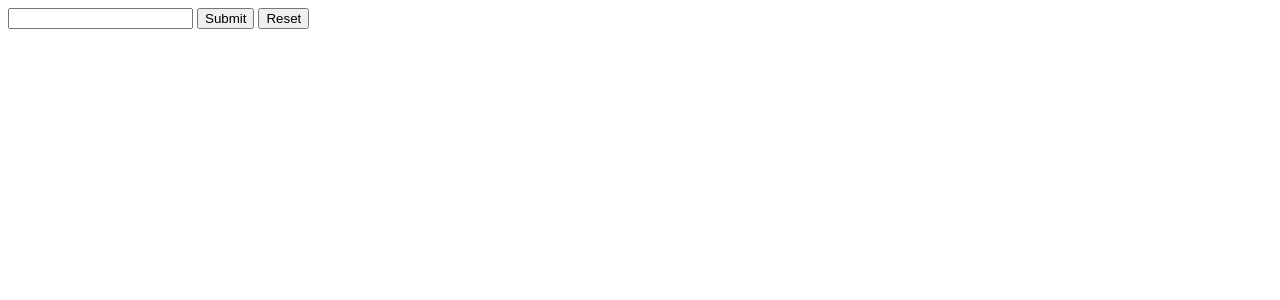
Repository: kdh2212/KDT_code
Page: http://localhost/20250806Web/insForm.jsp
The author's editor kept a copy of each file at every save. The page is drawn from the files as they stood at one save, then again after the next save.
The browser window is 1280 px wide. The pictures show the whole page.
The page is served by Tomcat 9.

Above is the page before, as saved 2025-08-06 07:24:22.

After the next save:
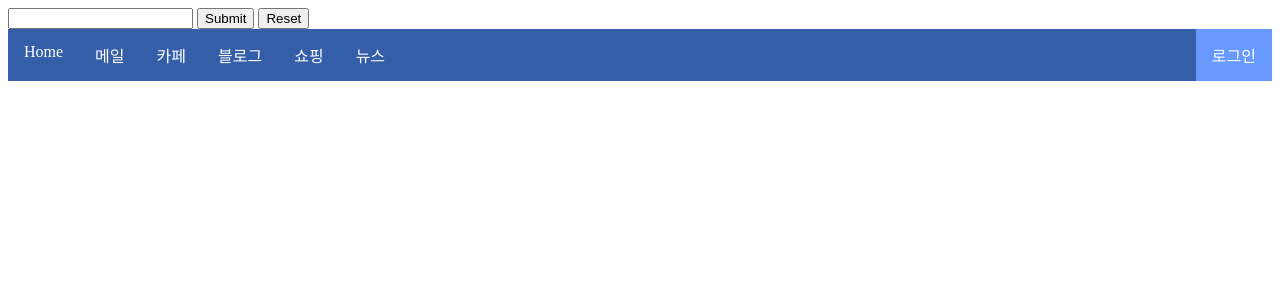
Saved 112 s later.
--- a/20250806Web/src/main/webapp/insForm.jsp
+++ b/20250806Web/src/main/webapp/insForm.jsp
@@ -1,16 +1,93 @@
 <%@ page language="java" contentType="text/html; charset=UTF-8"
     pageEncoding="UTF-8"%>
+
+
 <!DOCTYPE html>
 <html>
 <head>
 <meta charset="UTF-8">
 <title>Insert title here</title>
+<style>
+	ul {
+	    list-style-type: none;
+	    margin: 0;
+	    padding: 0;
+	    overflow: hidden;
+	    background-color: rgb(53,94,169);
+	    /* background-color:  #999 ; */
+	}
+	li {
+	    float: left;
+	}
+	li a, .dropbtn {
+	    display: inline-block;
+	    color: white;
+	    text-align: center;
+	    padding: 14px 16px;
+	    text-decoration: none;
+	}
+	li a:hover, .dropdown:hover .dropbtn {
+	    /* background-color: red; */
+	    background-color: #6799FF;
+	}
+	li.dropdown {
+	    display: inline-block;
+	}
+	li a.active, a.active:hover{
+	    /* background-color: #4CAF50; */
+	    background-color: #6799FF;
+	}
+	.dropdown-content {
+	    display: none;
+	    position: absolute;
+	    background-color: #f9f9f9;
+	    min-width: 160px;
+	    box-shadow: 0px 8px 16px 0px rgba(0,0,0,0.2);
+	    z-index: 1;
+	}
+	.dropdown-content a {
+	    color: black;
+	    padding: 12px 16px;
+	    text-decoration: none;
+	    display: block;
+	    text-align: left;
+	}
+	.dropdown-content a:hover {background-color: #f1f1f1}
+	.dropdown:hover .dropdown-content {
+	    display: block;
+	}
+</style>
+
 </head>
 <body>
 <form action="insResult.jsp">
 <input type="text" name="content" />
 <input type="submit"/>
 <input type="reset"/>
+<ul>
+		  <li><a href="#home">Home</a></li>
+		  <li><a href="#mail">메일</a></li>
+		  <li><a href="#cafe">카페</a></li>
+		  <li><a href="#blog">블로그</a></li>
+		  <li class="dropdown">
+			    <a href="#shopping" class="dropbtn">쇼핑</a>
+			    <div class="dropdown-content">
+				      <a href="#">가전제품</a>
+				      <a href="#">의류/악세사리</a>
+				      <a href="#">가방/신발</a>
+			    </div>
+		  </li>
+		  <li class="dropdown">
+			    <a href="#new" class="dropbtn">뉴스</a>
+			    <div class="dropdown-content">
+			      <a href="#">정치</a>
+				      <a href="#">경제</a>
+				      <a href="#">생활/문화</a>
+			    </div>
+		  </li>
+		  <li style="float:right"><a class="active" href="#login">로그인</a></li>
+	</ul>
+
 </form>
 </body>
 </html>

After the save that followed:
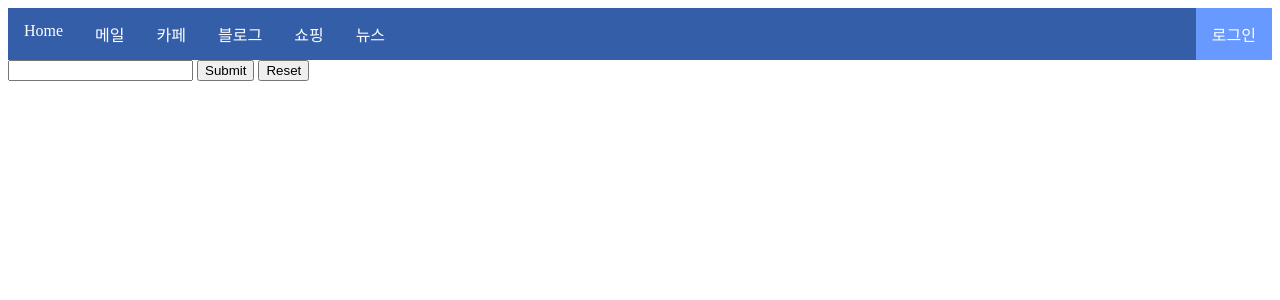
Saved 19 s later.
--- a/20250806Web/src/main/webapp/insForm.jsp
+++ b/20250806Web/src/main/webapp/insForm.jsp
@@ -60,10 +60,6 @@
 
 </head>
 <body>
-<form action="insResult.jsp">
-<input type="text" name="content" />
-<input type="submit"/>
-<input type="reset"/>
 <ul>
 		  <li><a href="#home">Home</a></li>
 		  <li><a href="#mail">메일</a></li>
@@ -87,6 +83,11 @@
 		  </li>
 		  <li style="float:right"><a class="active" href="#login">로그인</a></li>
 	</ul>
+<form action="insResult.jsp">
+<input type="text" name="content" />
+<input type="submit"/>
+<input type="reset"/>
+
 
 </form>
 </body>
